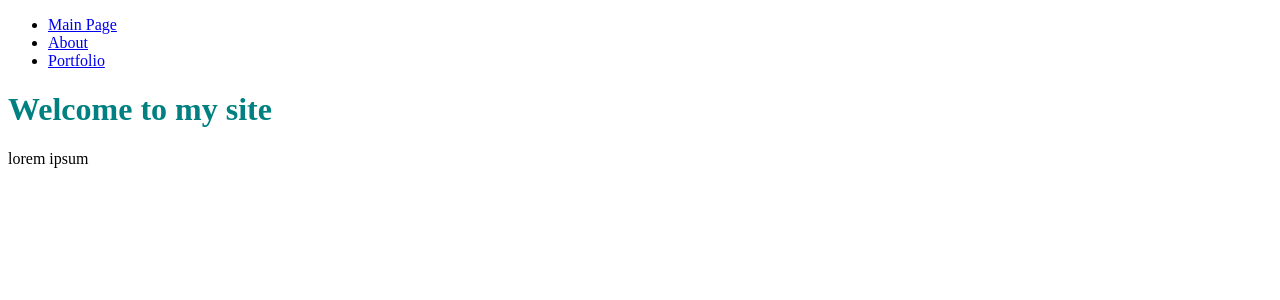
Repository: MelindaN14/My-Personal-Website
Page: index.html
These files come from the project's save history. The page is drawn as it stood at one moment and after the next save; the edit follows.
The browser window is 1280 px wide. The pictures show the whole page.

Above is the page before, as saved 2024-03-18 20:00:37.

### index.html
<!DOCTYPE html>
<html lang="en">
  <head>
    <meta charset="UTF-8" />
    <meta name="viewport" content="width=device-width, initial-scale=1.0" />
    <link rel="stylesheet" a href="style.css">
    <title>Main</title>
    <header>
      <nav>
        <ul>
          <li><a href="index.html">Main Page</a></li>
          <li><a href="about.html">About</a></li>
          <li><a href="portfolio.html">Portfolio</a></li>
        </ul>
      </nav>
    </header>
  </head>
  <h1>Welcome to my site</h1>
  <p>lorem ipsum</p>
  <body></body>
</html>

### style.css
h1{
    color:teal
}
p{
color:
}

After the next save:
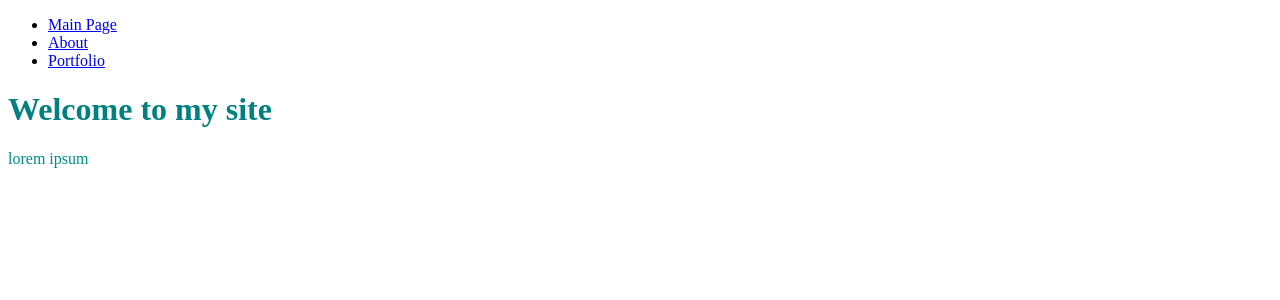
Saved 8 s later.
--- a/style.css
+++ b/style.css
@@ -2,5 +2,5 @@
     color:teal
 }
 p{
-color:
+color:darkcyan
 }

After the 3 saves that followed:
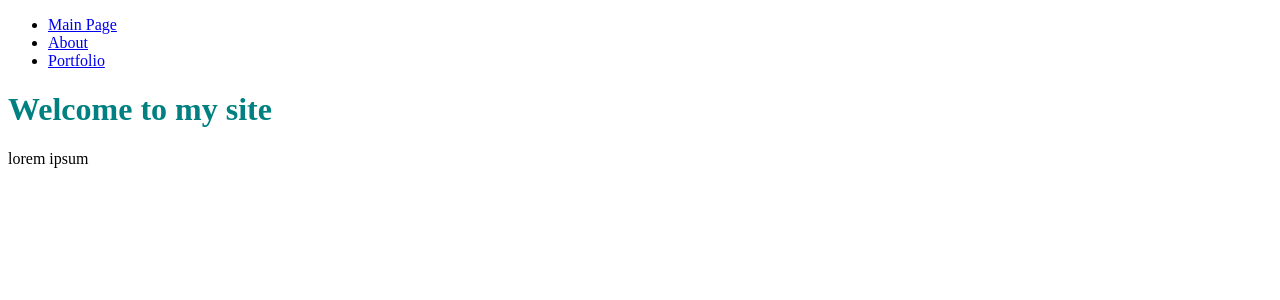
The 3 saves are shown as one change because 1 left the picture as it was and some came seconds apart.
The last was saved 17 s later.
--- a/style.css
+++ b/style.css
@@ -1,6 +1,7 @@
 h1{
     color:teal
 }
+<h2
 p{
 color:darkcyan
 }
